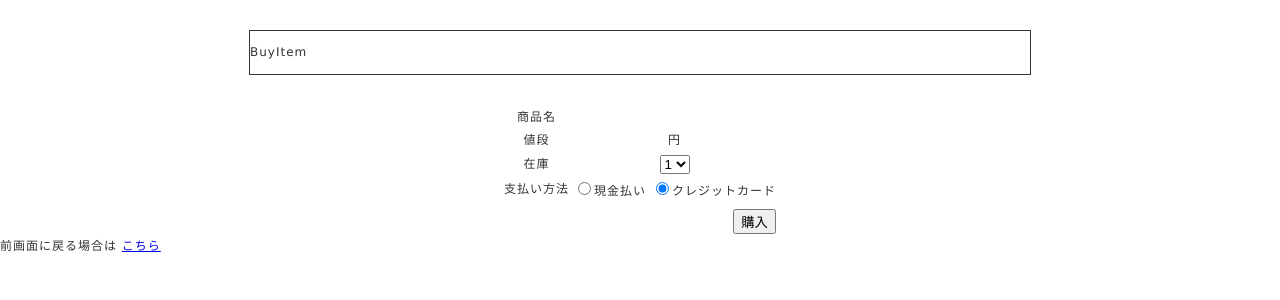
Repository: takaya1112/ECsite
Page: http://localhost/templete/buyItem.jsp
These files come from the project's save history. The page is drawn as it stood at one moment and after a run of saves; the edit follows.
The browser window is 1280 px wide. The pictures show the whole page.
The page is served by Tomcat 9.

Above is the page before, as saved 2018-10-19 11:42:08.

After the next 2 saves:
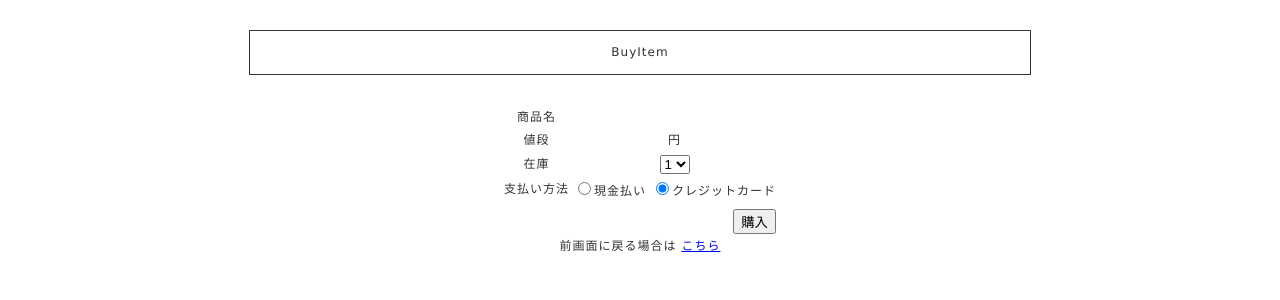
The 2 saves are shown as one change because they came seconds apart.
The last was saved 44 s later.
--- a/templete/WebContent/buyItem.jsp
+++ b/templete/WebContent/buyItem.jsp
@@ -45,7 +45,7 @@
         #main{
           width:100%;
           height:500px;
-          backgroung-color:black;
+          text-align: center;
           clear:both;
         }
     </style>
